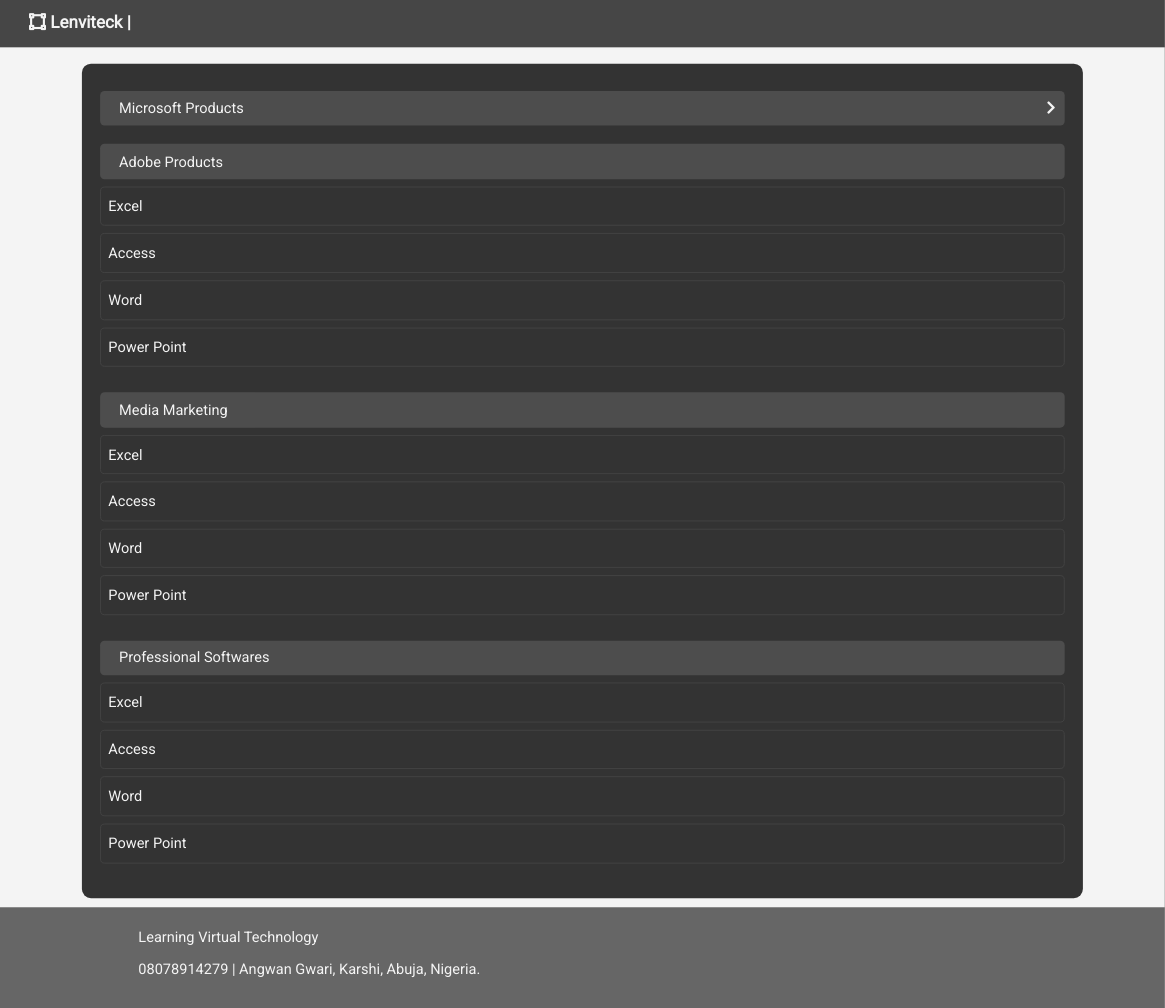
Repository: mxhdiqaim/lenviteck
Page: dist/trainingInstitute.html
These files come from the project's save history. The page is drawn as it stood at one moment and after the next save; the edit follows.
The browser window is 1280 px wide. The pictures show the whole page, at 91% of full size.
Some web libraries are served in a nearby version. The style sheet was rebuilt from its Sass, Less or Tailwind sources for each picture, by a compiler version that may differ from the author's.

Above is the page before, as saved 2021-04-15 17:17:52.

### dist/trainingInstitute.html
<!DOCTYPE html>
<html lang="en">
<head>
    <meta charset="UTF-8">
    <meta http-equiv="X-UA-Compatible" content="IE=edge">
    <meta name="viewport" content="width=device-width, initial-scale=1.0">
    <link rel="stylesheet" href="./styles/main.css">
    <link rel="stylesheet" href="https://pro.fontawesome.com/releases/v5.10.0/css/all.css"
    integrity="sha384-AYmEC3Yw5cVb3ZcuHtOA93w35dYTsvhLPVnYs9eStHfGJvOvKxVfELGroGkvsg+p" crossorigin="anonymous" />
    <title>Lenviteck - Training Institute</title>
</head>
<body>

    <section class="content">
      <nav class="navbar bg-dark">
          <div class="logo">
              <h1><i class="fas fa-vector-square"></i> Lenviteck  <span>|</span></h1>
          </div>
      </nav>
 <section class="container section-1">
    <div class="works-list drop-down">
        <a href="#" class="btn btn-block" >Microsoft Products<span><i class="fas fa-chevron-right"></i></span> </a>
        <ul>
            <li class="card"><a href="#">Excel</a></li>
            <li class="card"><a href="#">Access</a></li>
            <li class="card"><a href="#">Word</a></li>
            <li class="card"><a href="#">Power Point</a></li>
        </ul>
    </div>
    <div class="works-list">
        <a href="#" class="btn btn-block" >Adobe Products</a>
        <ul>
            <li class="card"><a href="#">Excel</a></li>
            <li class="card"><a href="#">Access</a></li>
            <li class="card"><a href="#">Word</a></li>
            <li class="card"><a href="#">Power Point</a></li>
        </ul>
    </div>
    <div class="works-list">
        <a href="#" class="btn btn-block" >Media Marketing</a>
        <ul>
            <li class="card"><a href="#">Excel</a></li>
            <li class="card"><a href="#">Access</a></li>
            <li class="card"><a href="#">Word</a></li>
            <li class="card"><a href="#">Power Point</a></li>
        </ul>
    </div>
    <div class="works-list">
        <a href="#" class="btn btn-block" >Professional Softwares</a>
        <ul>
            <li class="card"><a href="#">Excel</a></li>
            <li class="card"><a href="#">Access</a></li>
            <li class="card"><a href="#">Word</a></li>
            <li class="card"><a href="#">Power Point</a></li>
        </ul>
    </div>
 </section>


  </section>
      <footer>
         <div class="container-1">
             <p id="copy"></p>
         </div>
      </footer>

      <script>

          const date = new Date().getFullYear();

          document.getElementById("copy").innerHTML = ` <p>Learning Virtual Technology </p> <p>08078914279 | Angwan Gwari, Karshi, <span>Abuja, Nigeria</span>. </p>`;
      </script>
  </body>
</html>

### dist/styles/main.scss
// Import
@import url('https://fonts.googleapis.com/css?family=Roboto');

// Global variables
$primary-color: #dc3545;
$dark-color: #333333;
$light-color: #f4f4f4;
$danger-color: #dc3545;
$success-color: #28a745;

// Functions
@function set-text-color($color) {
  @if (lightness($color) > 40) {
    @return #000;
  } @else {
    @return #fff;
  }
}

* {
  padding: 0;
  margin: 0;
  box-sizing: border-box;
}

body {
  font-family: 'Roboto', sans-serif;
  font-size: 1rem;
  line-height: 1.6;
  color: set-text-color($light-color);
  background: $light-color;
}


a {
  color: set-text-color($light-color);
  text-decoration: none;
}

ul {
  list-style: none;
}

img {
  width: 100%;
}

.container {
  max-width: 1100px;
  margin: auto;
  overflow: hidden;
  padding: 0 2rem;
}

.container-1 {
  max-width: 1100px;
  margin-left: 100px;
  overflow: hidden;
  padding: 0 2rem;
}

.section-1 {
  padding: 20px 10px;
  background: $dark-color;
  color: $light-color;
  margin: 10px auto;
  border-radius: 10px;
  // height: calc(100vh - 100px);
  margin-top: 70px;

  .works-list {
    padding: 10px;
    width: 100%;
    transition: all .3s ease;

    ul li a {
      color: $light-color;
      transition: color .3s ease;

      &:hover {
        color: darken($light-color, 10);
      }
    }
  }
}

// cards
.card {
  padding: .5rem;
  border: #444 1px solid;
  border-radius: 5px;
  margin: 0.5rem 0;
}

.btn {
  display: inline-block;
  background: light-color;
  border-radius: 5px;
  padding: 0.4rem 1.3rem;
  font-size: 1rem;
  border: none;
  cursor: pointer;
  margin-right: 0.5rem;
  transition: opacity 0.2s ease-in;
  outline: none;
  background-color: lighten($dark-color, 10);
  color: $light-color;
  display: block;
  width: 100%;
  position: relative;

  span {
    position: absolute;
    right: 10px;
  }
}

.btn:hover {
  background-color: lighten($dark-color, 15);
}

input {
  margin: 1.2rem 0;
}

.btn-primary,
.bg-primary,
.badge-primary,
.alert-primary {
  background: $primary-color;
  color: #fff;
}

.btn-light,
.bg-light,
.badge-light,
.alert-light {
  background: $light-color;
  color: #333;
}

.btn-dark,
.bg-dark,
.badge-dark,
.alert-dark {
  background: $dark-color;
  color: #fff;
}

.btn-danger,
.bg-danger,
.badge-danger,
.alert-danger {
  background: $danger-color;
  color: #fff;
}

.btn-success,
.bg-success,
.badge-success,
.alert-success {
  background: $success-color;
  color: #fff;
}

.btn-white,
.bg-white,
.badge-white,
.alert-white {
  background: #fff;
  color: #333;
  border: #ccc solid 1px;
}



.bg-light,
.badge-light {
  border: #ccc solid 1px;
}

.navbar {
  display: flex;
  justify-content: space-between;
  align-items: center;
  padding: 0.7rem 2rem;
  z-index: 1;
  width: 100%;
  background: $dark-color;
  opacity: 0.9;
  color: $light-color;
  margin-bottom: 1rem;
  position: fixed;
  top: 0;
}

.navbar ul {
  display: flex;
}

.navbar a {
  color: #fff;
  padding: 0.45rem;
  margin: 0 0.25rem;
}

.navbar a:hover {
  color: $light-color;
}


// Drop Down Menu

.drop-down ul {
  display: none;
}

.drop-down a:hover + .drop-down ul {
  display: block;
}

// Footer
footer {
  background: lighten($dark-color, 20);
  display: flex;
  flex-direction: column;
  justify-content: flex-start;
  align-items: flex-start;
  color: $light-color;
  padding: 20px;

  ul {
    display: flex;

    li {
      margin: 10px;

      a {
        transition: all .3s ease;
        color: $light-color;

        &:hover {
          color: darken($light-color, 10);
        }
      }

    }
  }

  p {
    margin-bottom: 10px;
  }
}

// Media Query
@media (max-width: 700px) {
  .hide-sm {
    display: none;
  }

  /* Navbar */
  .navbar {
    display: block;
  }

  .navbar ul {
    text-align: center;
    justify-content: center;
  }

  // Footer
  .container-1 {
    max-width: 1100px;
    // margin-left: 100px;
    margin: auto;
    text-align: left;
    overflow: hidden;
    padding: 0 2rem;
  }

}

After the next save:
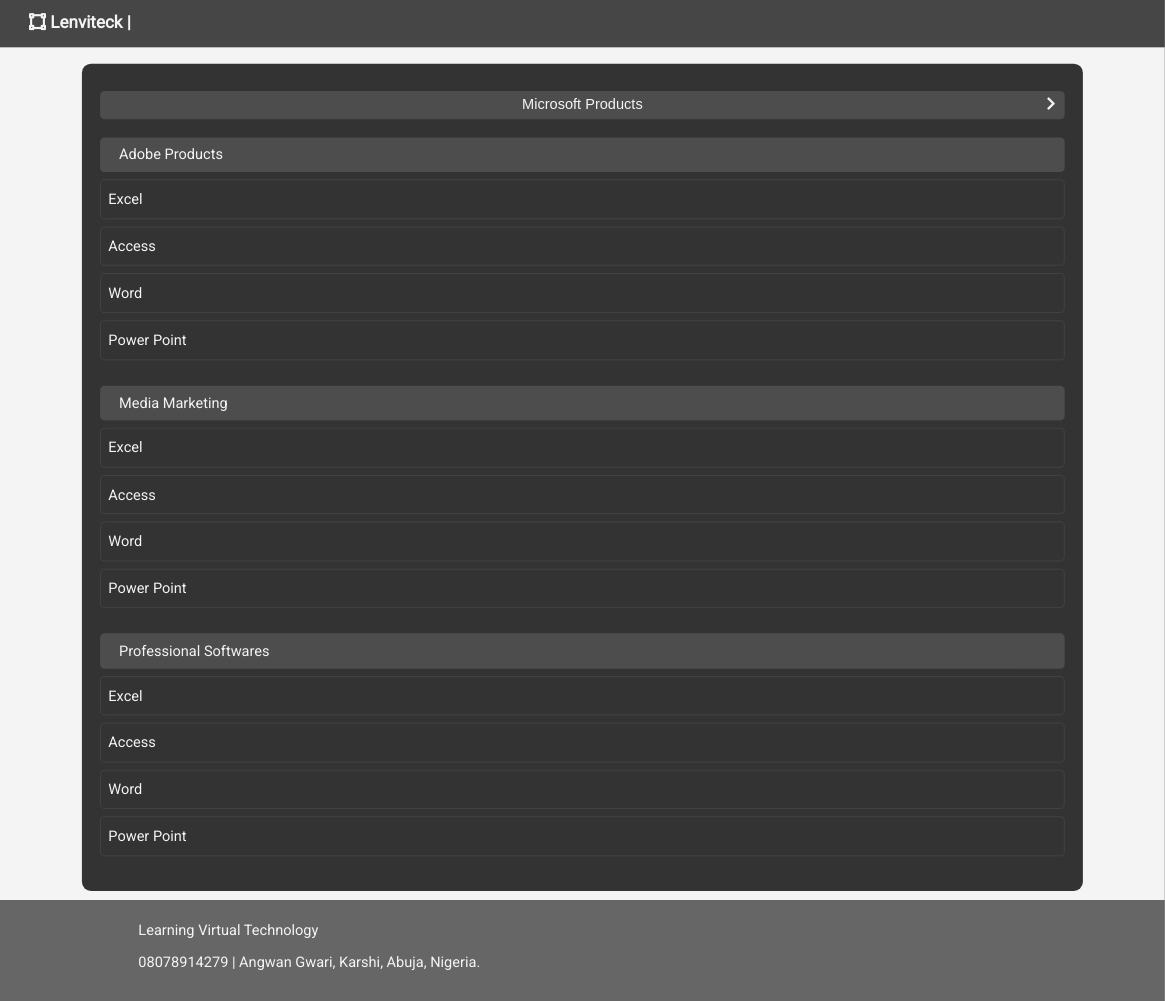
Saved 20 s later.
--- a/dist/trainingInstitute.html
+++ b/dist/trainingInstitute.html
@@ -19,7 +19,7 @@
       </nav>
  <section class="container section-1">
     <div class="works-list drop-down">
-        <a href="#" class="btn btn-block" >Microsoft Products<span><i class="fas fa-chevron-right"></i></span> </a>
+        <button href="#" class="btn btn-block" >Microsoft Products<span><i class="fas fa-chevron-right"></i></span> </button>
         <ul>
             <li class="card"><a href="#">Excel</a></li>
             <li class="card"><a href="#">Access</a></li>
